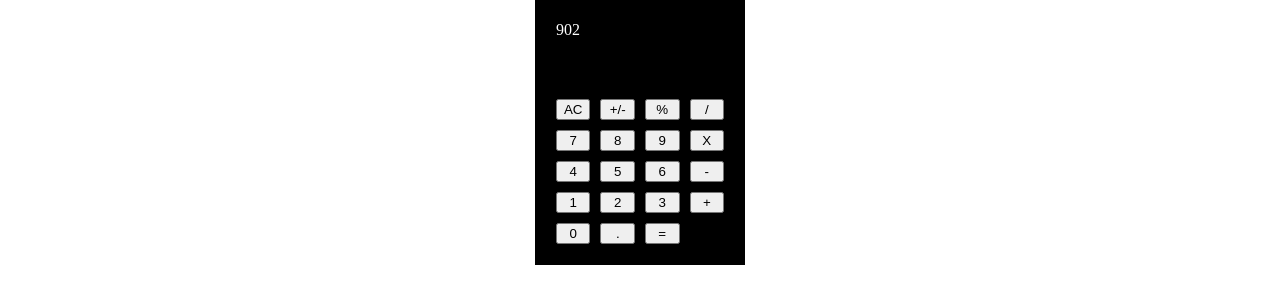
Repository: dmpelaez/calculator
Page: Calculator.html
These files come from the project's save history. The page is drawn as it stood at one moment and after the next save; the edit follows.
The browser window is 1280 px wide. The pictures show the whole page.

Above is the page before, as saved 2025-12-15 19:51:45.

After the next save:
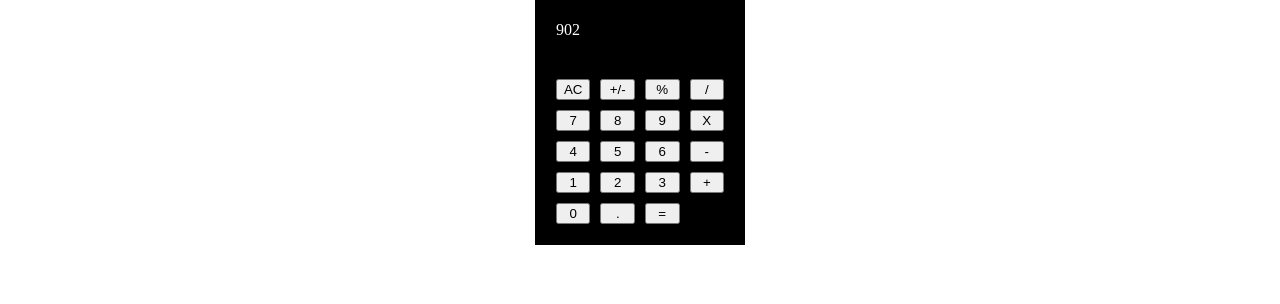
Saved 8 s later.
--- a/Calculator.css
+++ b/Calculator.css
@@ -19,6 +19,7 @@ background: black;
 .inputSection {
   color: white;
   padding: 20px;
+  padding-bottom: 0px;
 }
 .btnSection {
   display: grid;
